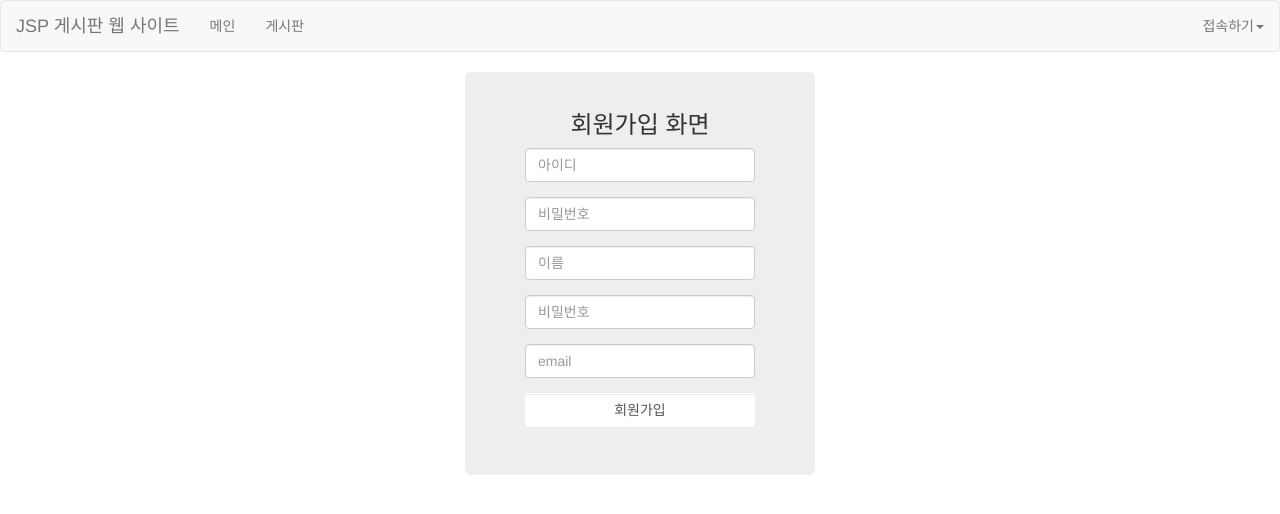
Repository: dirn0568/project
Page: http://localhost/myWeb/join.jsp
The author's editor kept a copy of each file at every save. The page is drawn from the files as they stood at one save, then again after the next save.
The browser window is 1280 px wide. The pictures show the whole page.
The page is served by Tomcat 9. Other server files are loaded and not shown.

Above is the page before, as saved 2022-10-06 17:15:51.
Console error (its wording comes from the project's code and is left out).

### myWeb/src/main/webapp/join.jsp
<%@ page language="java" contentType="text/html; charset=UTF-8"
    pageEncoding="UTF-8"%>
<!DOCTYPE html>
<html>
<head>
<meta charset="UTF-8">
<meta name="viewport" content="width-device-width", initial-scale="1">
<link rel="stylesheet" href="css/bootstrap.css">
<title>JSP 게시판 웹 사이트</title>
</head>
<body>
	<nav class="navbar navbar-default">
		<div class="navbar-header">
			<button type="button" class="navbar-toggle collapsed"
				data-toggle="collapse" data-target="#bs-example-navbar-collapse-1"
				aria-expanded="false">
				<span class="icon-bar"></span>
				<span class="icon-bar"></span>
				<span class="icon-bar"></span>
				</button>
				<a class="navbar-brand" href="main.jsp">JSP 게시판 웹 사이트</a>
		</div>
		<div class="collapse navbar-collapse" id="bs-example-navbar-collapse-1">
			<ul class="nav navbar-nav">
				<li><a href="main.jsp">메인</a></li>
				<li><a href="bbs.jsp">게시판</a></li>
			</ul>
			<ul class="nav navbar-nav navbar-right">
				<li class="dropdown">
					<a href="#" class="dropdown-toggle"
						data-toggle="dropdown" role="button" aria-haspopup="true"
						aria-expanded="false">접속하기<span class="caret"></span></a>
					<ul class="dropdown-menu">
						<li class="active"><a href="login.jsp">로그인</a></li>
						<li><a href="join.jsp">회원가입</a></li>
					</ul>
				</li>
			</ul>
		</div>
	</nav>
	<div class="container">
		<div class="col-lg-4"></div>
		<div class="col-lg-4">
			<div class="jumbotron" style="padding-top:20px;">
				<form method="post" action="joinAction.jsp">
					<h3 style="text-align:center;">회원가입 화면</h3>
					<div class="form-group">
						<input type="text" class="form-control" placeholder="아이디" name="userID" maxlength="20">
					</div>
					<div class="form-group">
						<input type="password" class="form-control" placeholder="비밀번호" name="userPassword" maxlength="20">
					</div>
					<div class="form-group">
						<input type="text" class="form-control" placeholder="이름" name="userName" maxlength="20">
					</div>
					<div class="form-group">
						<input type="password" class="form-control" placeholder="비밀번호" name="userPassword" maxlength="20">
					</div>
					<div class="form-group">
						<input type="email" class="form-control" placeholder="email" name="userEmail" maxlength="50">
					</div>
					<input type="submit" class="btn btn-trimary form-control" value="회원가입">
				</form>
			</div>
		</div>
		<div class="col-lg-4"></div>
	</div>
	<script src="js/bootstrap.js"></script>
</body>
</html>

Loaded but not shown: myWeb/src/main/webapp/css/bootstrap.css (library); myWeb/src/main/webapp/js/bootstrap.js (library)

After the next save:
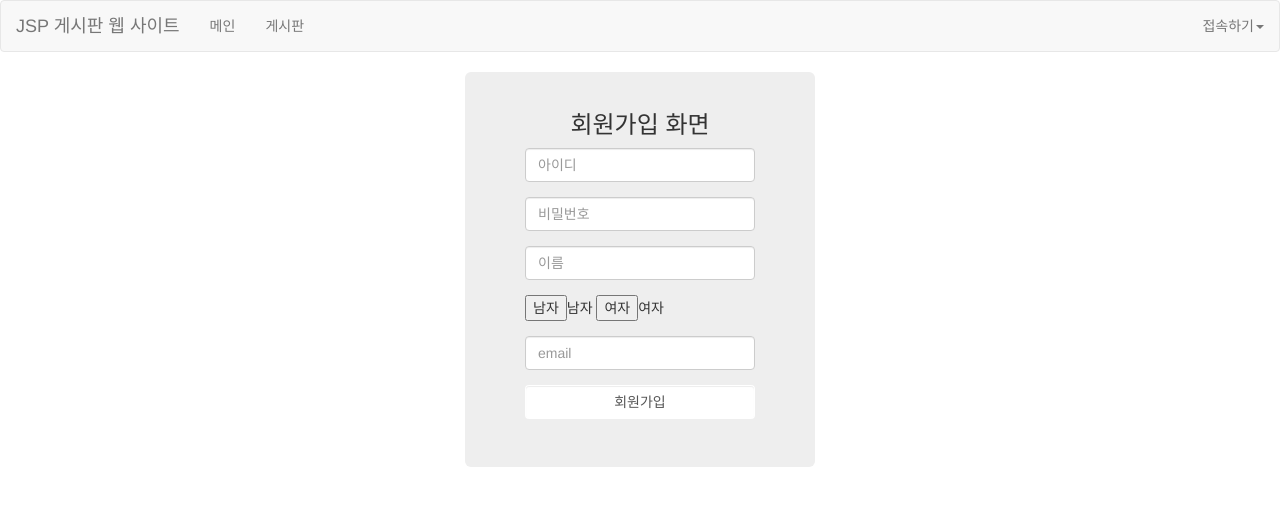
Saved 2 min 9 s later.
--- a/myWeb/src/main/webapp/join.jsp
+++ b/myWeb/src/main/webapp/join.jsp
@@ -54,7 +54,8 @@
 						<input type="text" class="form-control" placeholder="이름" name="userName" maxlength="20">
 					</div>
 					<div class="form-group">
-						<input type="password" class="form-control" placeholder="비밀번호" name="userPassword" maxlength="20">
+						<input type="button" "form-control" name="userGender" value="남자">남자
+						<input type="button" "form-control" name="userGender" value="여자">여자
 					</div>
 					<div class="form-group">
 						<input type="email" class="form-control" placeholder="email" name="userEmail" maxlength="50">
